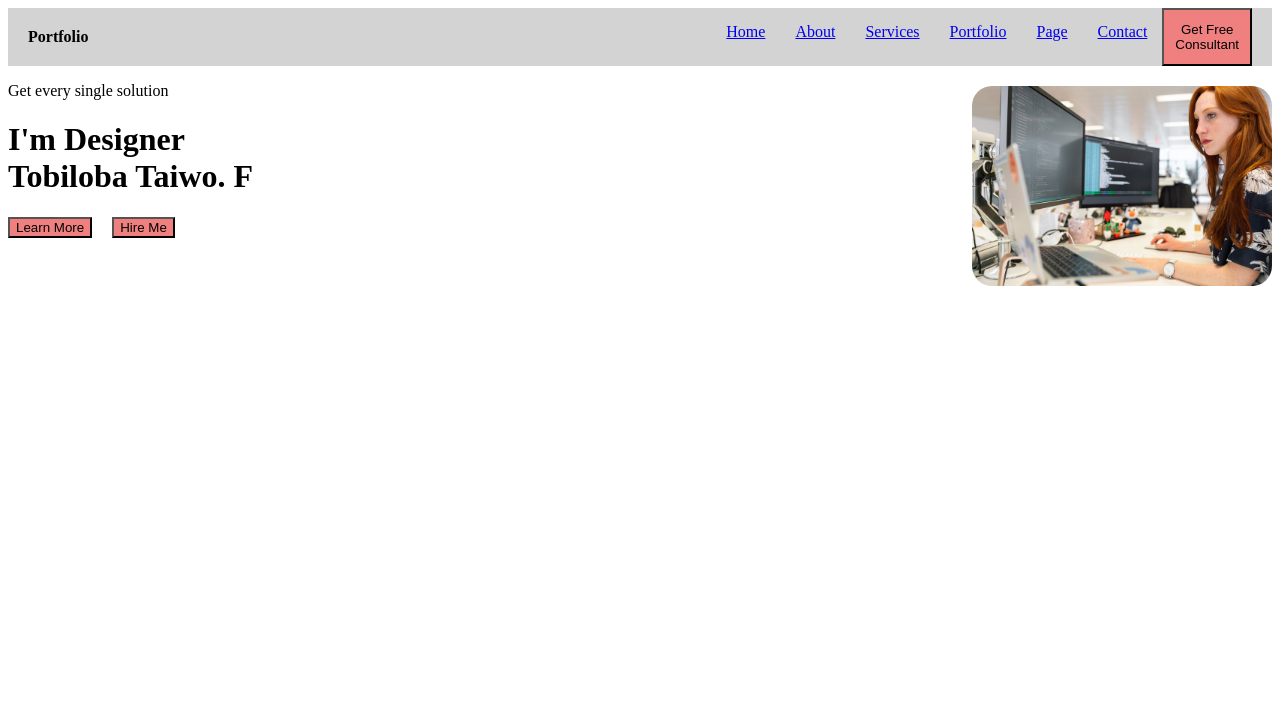
Repository: Tobby004/bdc_task_1
Page: index.html
An editor plug-in stored every save of this project. The page is shown before and after the next save, followed by the edit.
The browser window is 1280 px wide. The pictures show the whole page.

Above is the page before, as saved 2023-02-19 00:33:47.

After the next save:
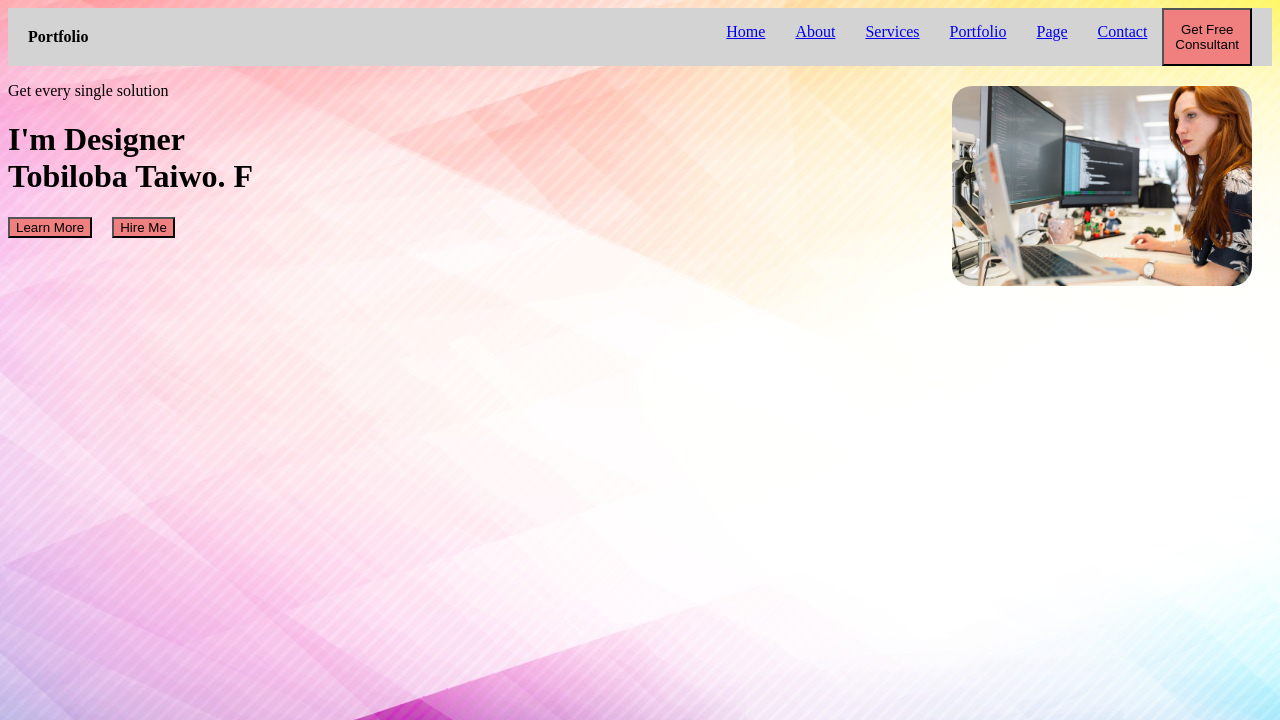
Saved 17 min 21 s later.
--- a/task.css
+++ b/task.css
@@ -22,12 +22,12 @@
     margin-top: 20px;
     float: right;
     border-radius: 20px;
-    margin-left: 20px;
+    margin-right: 20px;
 }
 button {
     margin-inline-end: 20px;
     background-color: lightcoral;
 }
 body {
-    background-image: url
+    background-image: url(back001.jpeg)
 }
